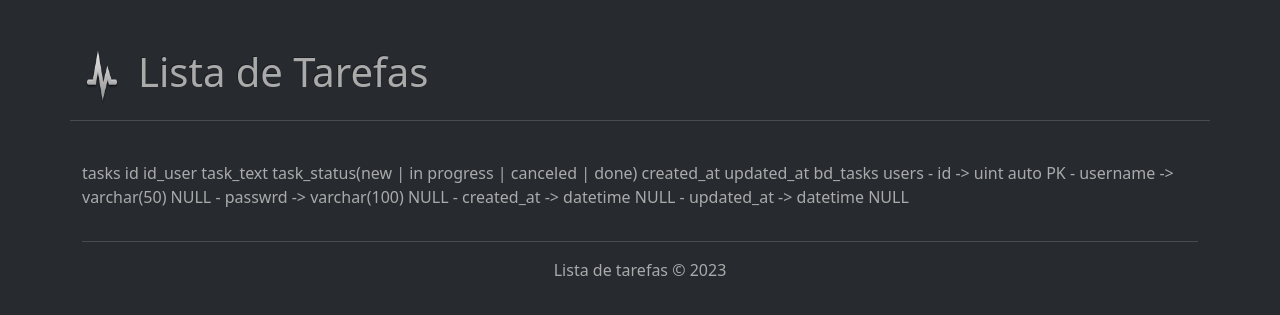
Repository: cargugati/lista_tarefas
Page: frontEnd/new_task.html
These files come from the project's save history. The page is drawn as it stood at one moment and after the next save; the edit follows.
The browser window is 1280 px wide. The pictures show the whole page.

Above is the page before, as saved 2023-03-30 10:25:42.

After the next save:
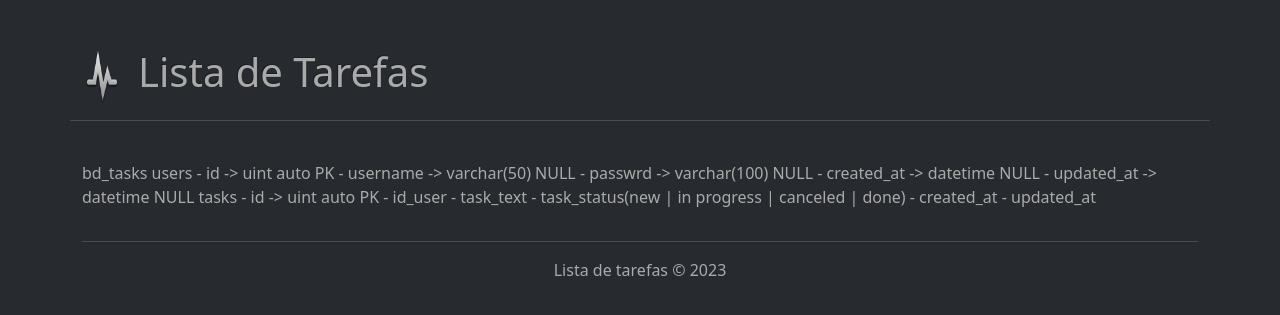
Saved 52 s later.
--- a/frontEnd/new_task.html
+++ b/frontEnd/new_task.html
@@ -28,15 +28,9 @@
     </div>
 
     <!-- espaço para criar nova tarefa -->
-    tasks
-    id
-    id_user
-    task_text
-    task_status(new | in progress | canceled | done)
-    created_at
-    updated_at
 
     bd_tasks
+
     users
     - id -> uint auto PK
     - username -> varchar(50) NULL
@@ -44,6 +38,13 @@
     - created_at -> datetime NULL
     - updated_at -> datetime NULL
 
+    tasks
+    - id -> uint auto PK
+    - id_user
+    - task_text
+    - task_status(new | in progress | canceled | done)
+    - created_at
+    - updated_at
 
 
 
